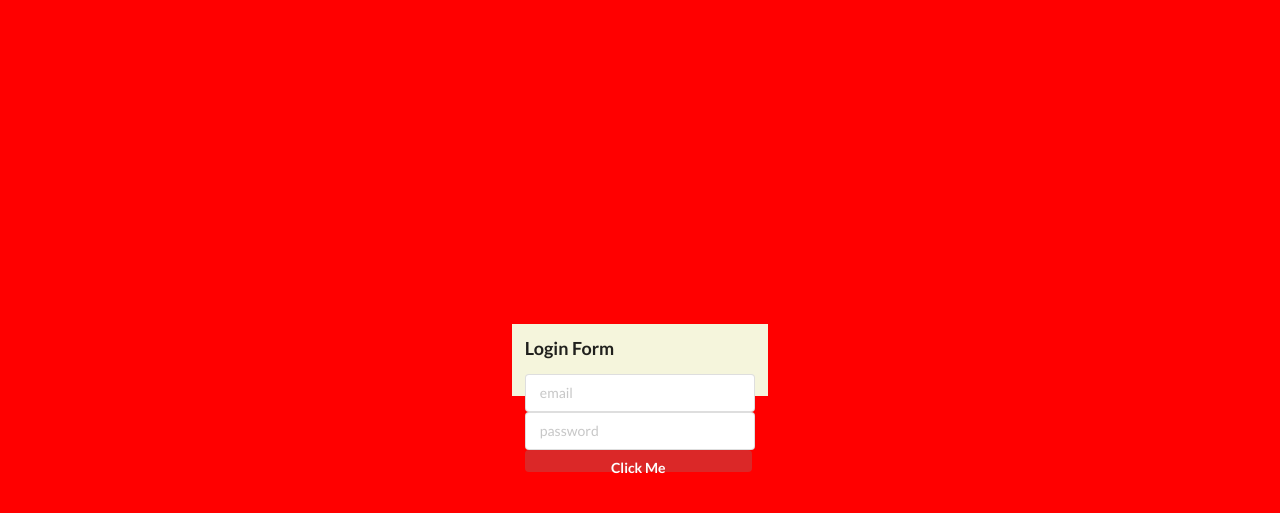
Repository: anagarango/dai-week4-assignment
Page: / (app in dai_web_ex/)
These files come from the project's save history. The page is drawn as it stood at one moment and after the next save; the edit follows.
The browser window is 1280 px wide. The pictures show the whole page.
The project was rebuilt for these pictures with package versions that can differ from the ones it lists, and the page was loaded fresh each time. The framework's server and built-in components were replaced by stand-ins that run in the browser. Also part of the build but not shown: dai_web_ex/next.config.js.

Above is the page before, as saved 2022-09-26 16:23:14.

### dai_web_ex/pages/_app.js
import 'semantic-ui-css/semantic.min.css'

function MyApp({ Component, pageProps }) {
  return <Component {...pageProps} />
}

export default MyApp

### dai_web_ex/pages/index.js
import { Button } from 'semantic-ui-react'
import {useRouter} from 'next/router'
import LoginForm from '../comps/loginform'
import { Dimmer, Loader, Image, Segment } from 'semantic-ui-react'

// The router and states are mostly used in the page for data/information state management
import {useState} from 'react'

export default function Home() {
  const r = useRouter();
  //before, during, after
  const [logInState, setLogInState] = useState("before")



  var c = "blue"
  var btn_text = "Click Me"

  if(logInState === "before"){
    c = "red";
  } if(logInState === "during"){
    c = "yellow";
    btn_text = "Waiting..."
  } if(logInState === "after"){
    c = "green";
    btn_text = "Transferring you to Dashboard!"
  }



  const HandleButtonColor = () =>{
    if (logInState === "before"){
      setLogInState("during");

    }
    if (logInState === "during"){
      setLogInState("after");

    }
    if (logInState === "after"){
      r.push("/dashboard")
    }
  }

  // async = when it takes time to connect to a server
  const Login = async () => {
    setLogInState("during");
    // its going to take time
    // mock of the time passing -> this code is useless and doesnt do anything
    await new Promise(resolve=>setTimeout(resolve, 3000))

    setLogInState("after");
    // its going to stall for 1-2 seconds
    await new Promise(resolve=>setTimeout(resolve, 2000))

    r.push("/dashboard")

  }

  return (
    <div>
      {/* <Button color={c} onClick={()=>Login()}>{btn_text} */}
      {/* <Segment>
        <Dimmer active> */}
          {/* {logInState === "during" && <Loader active/>} */}
        {/* </Dimmer>
      </Segment> */}
      {/* </Button> */}
      <LoginForm logInState={logInState} onLogInClick={()=>Login()}></LoginForm>

    </div>
  )
}

### dai_web_ex/comps/loginform/index.js
import { Button, Loader, Input, View } from 'semantic-ui-react'
import styled from 'styled-components'

export default function LoginForm({
    logInState="before",
    onLogInClick=()=>{}
}){

  const Box = styled.div`
    width: 20%;
    height: 10%;
    background-color: beige;
    display:flex;
    flex-direction: column;
    padding: 1%
    `
    const View = styled.div`
    width:100vw;
    height:100vh;
    display:flex;
    justify-content: center;
    align-items: center;
    background-color:red
    `


    var c = "blue"
    var btn_text = "Click Me"

  if(logInState === "before"){
    c = "red";
  } if(logInState === "during"){
    c = "yellow";
    btn_text = "Waiting..."
  } if(logInState === "after"){
    c = "green";
    btn_text = "Transferring you to Dashboard!"
  }


    return <View>
        <Box>
          <h3>Login Form</h3>
          <Input disabled={logInState !== "before"} placeholder="email"></Input>
          <Input disabled={logInState !== "before"} placeholder="password"></Input>
          <Button color={c} onClick={onLogInClick}>{btn_text}
          {logInState === "during" && <Loader active/>}
          </Button>
        </Box>
    </View>
}

After the next save:
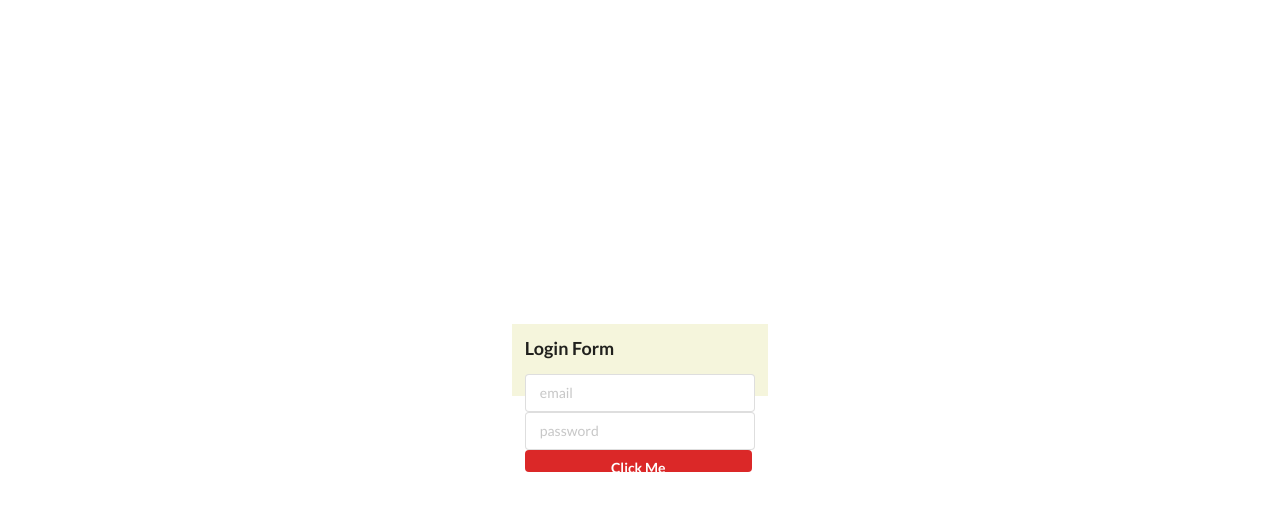
Saved 6 s later.
--- a/dai_web_ex/comps/loginform/index.js
+++ b/dai_web_ex/comps/loginform/index.js
@@ -20,7 +20,6 @@ export default function LoginForm({
     display:flex;
     justify-content: center;
     align-items: center;
-    background-color:red
     `
 
 
